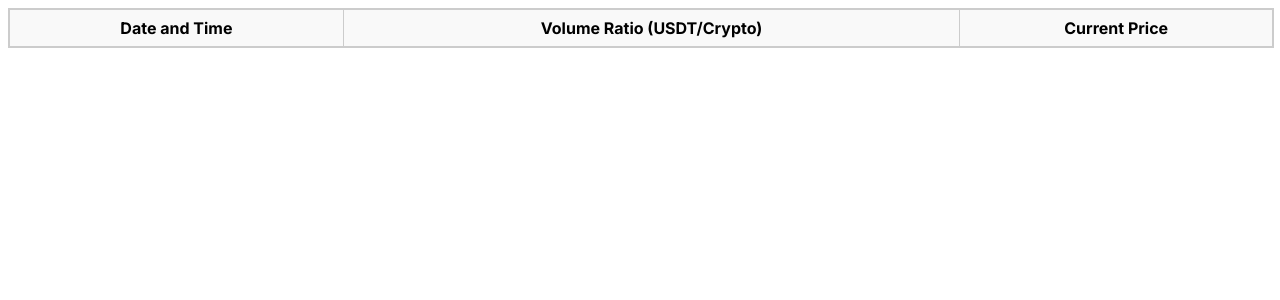
Repository: AbApin/trading-bot
Page: /crypto-table
The author's editor kept a copy of each file at every save. The page is drawn from the files as they stood at one save, then again after the next save.
The browser window is 1280 px wide. The pictures show the whole page.
The page's requests for data from a server got no answer. The project was rebuilt for these pictures with package versions that can differ from the ones it lists, and the page was loaded fresh each time. The framework's server and built-in components were replaced by stand-ins that run in the browser. No one was signed in, and anything a server would have sent is missing. Also part of the build but not shown: next.config.mjs.

Above is the page before, as saved 2024-09-05 16:50:05.

### src/app/layout.js
import { Inter } from 'next/font/google';
import Head from 'next/head';

const inter = Inter({ subsets: ['latin'] });

export const metadata = {
  title: 'Trading Bot',
};

export default function RootLayout({ children }) {
  return (
    <html lang="en">
      <Head>
        <link rel="icon" href="/public/favicon.png" />
      </Head>
      <body className={inter.className}>{children}</body>
    </html>
  );
}

### src/app/crypto-table/page.js
'use client';
import { useState, useEffect } from 'react';
import axios from 'axios';
import { useSearchParams } from 'next/navigation';
import './page-module.css'; // Adjust the path as necessary

const CryptoTablePage = () => {
  const searchParams = useSearchParams();
  const cryptoParam = searchParams.get('crypto') || 'DOGSUSDT'; // Default to DOGSUSDT if no param
  const [tableData, setTableData] = useState([]);

  useEffect(() => {
    const fetchData = async () => {
      try {
        const priceResponse = await axios.get(
          `https://api.binance.com/api/v3/ticker/price?symbol=${cryptoParam}`,
        );
        const newPrice = parseFloat(priceResponse.data.price);

        const volumeResponse = await axios.get(
          `https://api.binance.com/api/v3/ticker/24hr?symbol=${cryptoParam}`,
        );
        const volume24hUSDT = parseFloat(volumeResponse.data.quoteVolume);
        const volume24hCrypto = parseFloat(volumeResponse.data.volume);
        const volumeRatio = volume24hUSDT / volume24hCrypto;

        // Update data with the new entry
        setTableData((prevData) => [
          {
            dateTime: new Date().toLocaleString(),
            volumeRatio: volumeRatio.toFixed(2),
            currentPrice: newPrice.toFixed(7),
          },
          ...prevData.slice(0, 143), // Keep only the last 24 hours of data (assuming 1 entry per minute)
        ]);
      } catch (error) {
        console.error('Error fetching data:', error);
      }
    };

    fetchData();
    const id = setInterval(fetchData, 1000); // Fetch every 1 second

    return () => clearInterval(id);
  }, [cryptoParam]);

  return (
    <div className="table-container">
      <table className="crypto-table">
        <thead>
          <tr>
            <th>Date and Time</th>
            <th>Volume Ratio (USDT/Crypto)</th>
            <th>Current Price</th>
          </tr>
        </thead>
        <tbody>
          {tableData.map((row, index) => (
            <tr key={index} className={row.isCurrent ? 'fixed-row' : ''}>
              <td>{row.dateTime}</td>
              <td>{row.volumeRatio.toFixed(7)}</td>
              <td>{row.currentPrice.toFixed(7)}</td>
            </tr>
          ))}
        </tbody>
      </table>
    </div>
  );
};

export default CryptoTablePage;

### src/app/crypto-table/page-module.css
.table-container {
  width: 100%;
  max-height: 600px;
  overflow-y: auto; /* Enables vertical scrolling */
  border: 1px solid #ccc; /* Optional: adds a border around the table */
  background-color: #fff; /* Optional: sets a background color */
}

.crypto-table {
  width: 100%; /* Full width */
  border-collapse: collapse;
}

.crypto-table th,
.crypto-table td {
  border: 1px solid #ccc;
  padding: 8px;
  text-align: center;
}

.crypto-table thead {
  background-color: #f9f9f9;
}

.crypto-table tbody {
  display: block;
  max-height: 600px;
  overflow-y: auto;
  width: 100%;
}

.crypto-table tbody tr {
  display: table;
  width: 100%;
  table-layout: fixed;
}

.fixed-row {
  background-color: #dff0d8; /* Light green background */
  font-weight: bold;
}

After the next save:
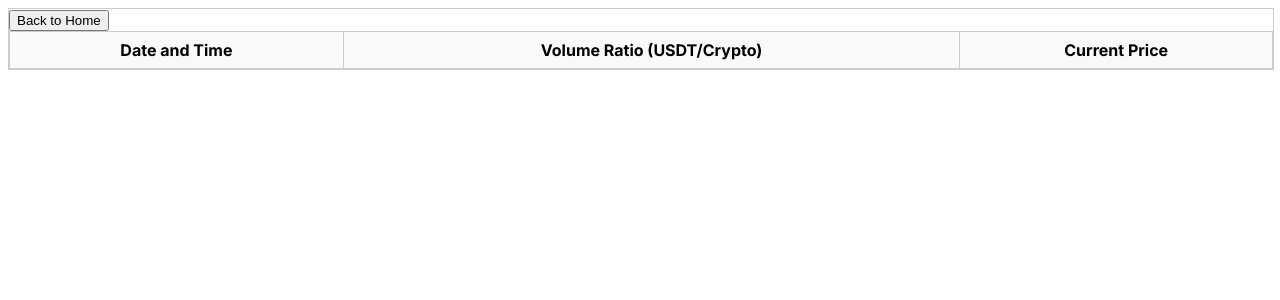
Saved 84 s later.
--- a/src/app/crypto-table/page.js
+++ b/src/app/crypto-table/page.js
@@ -1,13 +1,14 @@
 'use client';
 import { useState, useEffect } from 'react';
 import axios from 'axios';
-import { useSearchParams } from 'next/navigation';
+import { useSearchParams, useRouter } from 'next/navigation';
 import './page-module.css'; // Adjust the path as necessary
 
 const CryptoTablePage = () => {
   const searchParams = useSearchParams();
   const cryptoParam = searchParams.get('crypto') || 'DOGSUSDT'; // Default to DOGSUSDT if no param
   const [tableData, setTableData] = useState([]);
+  const router = useRouter();
 
   useEffect(() => {
     const fetchData = async () => {
@@ -22,13 +23,14 @@ const CryptoTablePage = () => {
         );
         const volume24hUSDT = parseFloat(volumeResponse.data.quoteVolume);
         const volume24hCrypto = parseFloat(volumeResponse.data.volume);
-        const volumeRatio = volume24hUSDT / volume24hCrypto;
+        const volumeRatio =
+          volume24hCrypto > 0 ? (volume24hUSDT / volume24hCrypto).toFixed(2) : '0';
 
         // Update data with the new entry
         setTableData((prevData) => [
           {
             dateTime: new Date().toLocaleString(),
-            volumeRatio: volumeRatio.toFixed(2),
+            volumeRatio: volumeRatio,
             currentPrice: newPrice.toFixed(7),
           },
           ...prevData.slice(0, 143), // Keep only the last 24 hours of data (assuming 1 entry per minute)
@@ -44,8 +46,15 @@ const CryptoTablePage = () => {
     return () => clearInterval(id);
   }, [cryptoParam]);
 
+  const handleGoHome = () => {
+    router.push('/');
+  };
+
   return (
     <div className="table-container">
+      <button onClick={handleGoHome} className="back-button">
+        Back to Home
+      </button>
       <table className="crypto-table">
         <thead>
           <tr>
@@ -56,10 +65,10 @@ const CryptoTablePage = () => {
         </thead>
         <tbody>
           {tableData.map((row, index) => (
-            <tr key={index} className={row.isCurrent ? 'fixed-row' : ''}>
+            <tr key={index} className={index === 0 ? 'fixed-row' : ''}>
               <td>{row.dateTime}</td>
-              <td>{row.volumeRatio.toFixed(7)}</td>
-              <td>{row.currentPrice.toFixed(7)}</td>
+              <td>{row.volumeRatio}</td>
+              <td>{row.currentPrice}</td>
             </tr>
           ))}
         </tbody>
